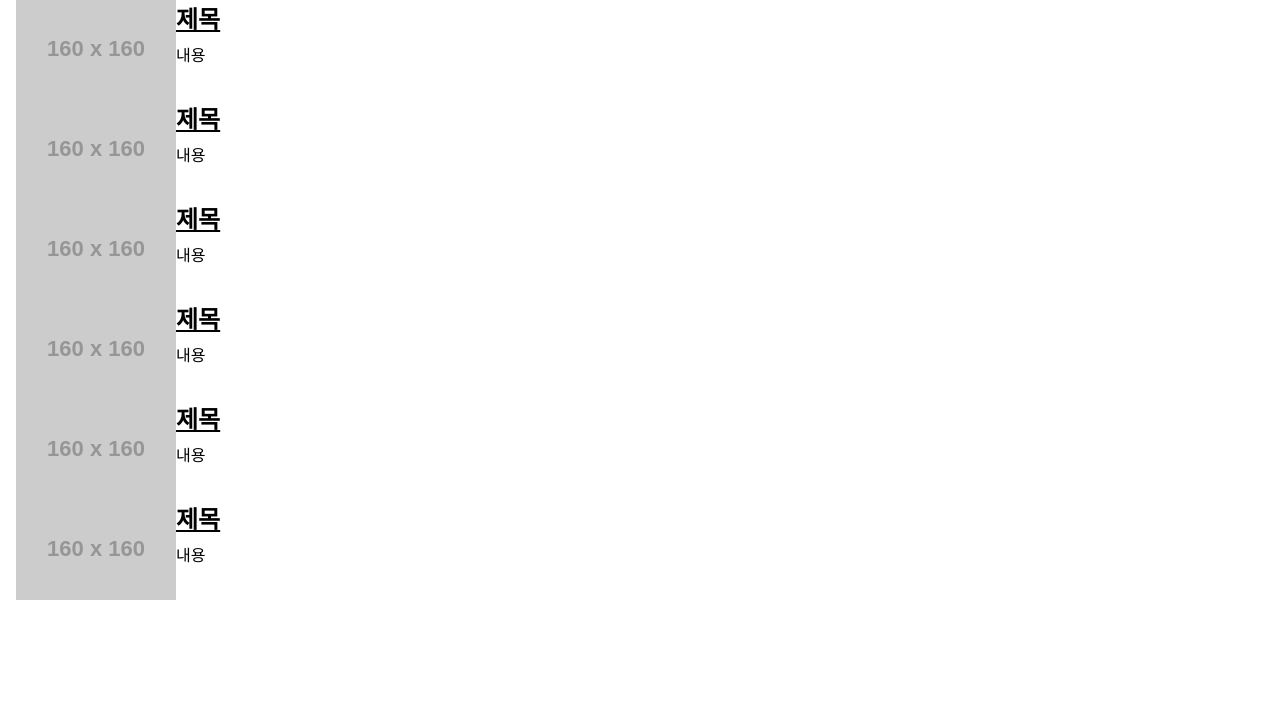
Repository: parkhyeonki/news-viewer
Page: /
These files come from the project's save history. The page is drawn as it stood at one moment and after the next save; the edit follows.
The browser window is 1280 px wide. The pictures show the whole page.
The project was rebuilt for these pictures with package versions that can differ from the ones it lists, and the page was loaded fresh each time. Also part of the build but not shown: src/App.css.

Above is the page before, as saved 2022-05-19 10:49:27.

After the next save:
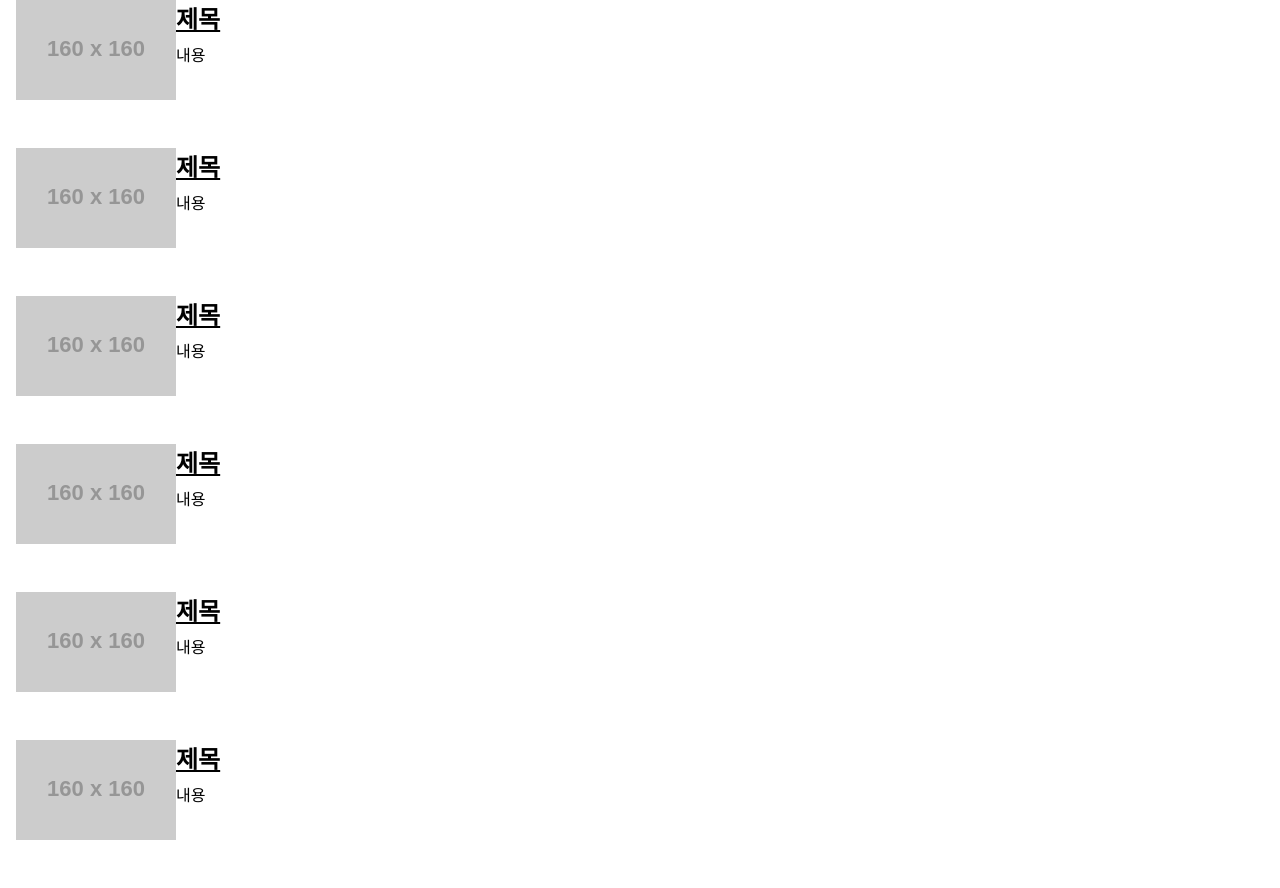
Saved 52 s later.
--- a/src/components/NewsItem/NewsItem.js
+++ b/src/components/NewsItem/NewsItem.js
@@ -28,6 +28,9 @@ const NewsItemBlock = styled.div`
       white-space: normal;
     }
   }
+  & + & {
+    margin-top: 3rem;
+  }
 `;
 const NewsItem = ({ article }) => {
   const { title, description, url, urlToImage } = article;
